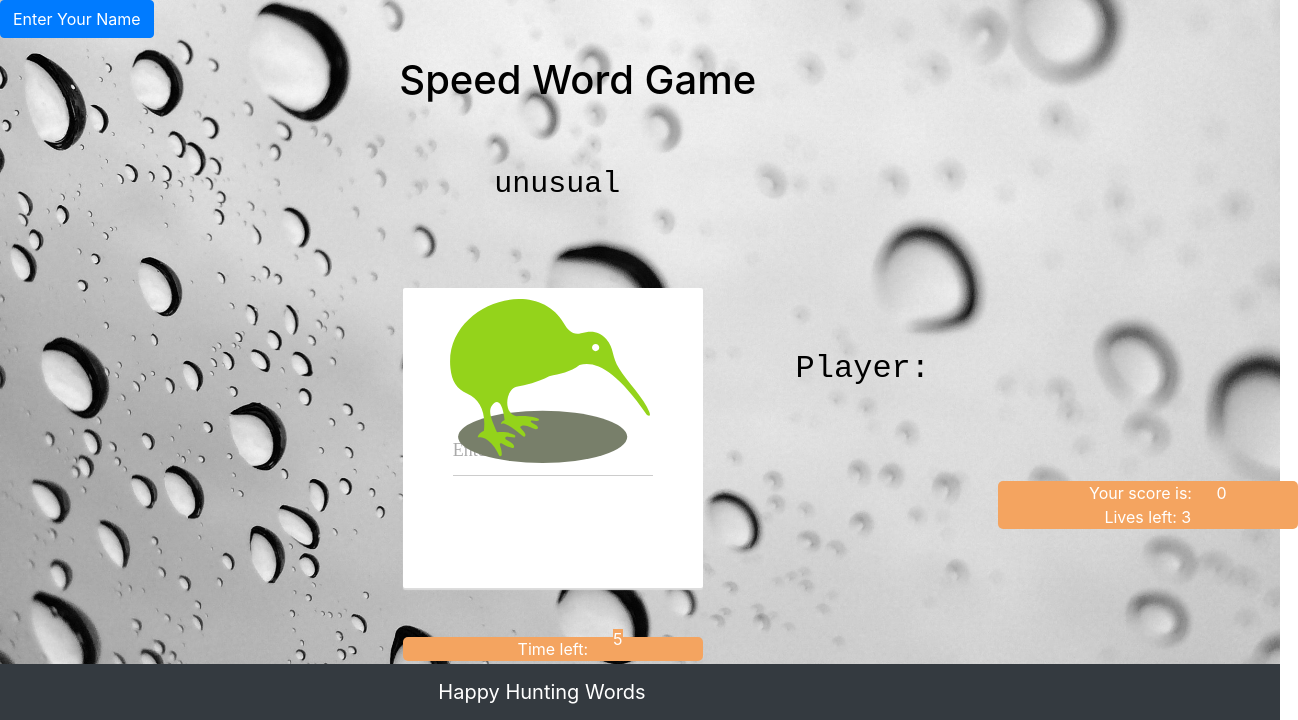
Repository: konstantin0s/word-game-project
Page: index.html
These files come from the project's save history. The page is drawn as it stood at one moment and after a run of saves; the edit follows.
The browser window is 1280 px wide. The page is 1298 px wide, so the pictures cover 1298 px, including what lies to the right of the window. The pictures show the whole page.

Above is the page before, as saved 2019-02-12 12:31:43.

### index.html
<!DOCTYPE html>
<html lang="en">

<head>

  <meta charset="utf-8">
  <meta name="viewport" content="width=device-width, initial-scale=1, shrink-to-fit=no">
  <meta name="description" content="">
  <meta name="author" content="">

  <title>Speed Word Game</title>
  <!-- <link rel="stylesheet" href="https://maxcdn.bootstrapcdn.com/bootstrap/3.4.0/css/bootstrap.min.css"> -->
  <script src="https://ajax.googleapis.com/ajax/libs/jquery/3.3.1/jquery.min.js"></script>
  <script src="https://maxcdn.bootstrapcdn.com/bootstrap/3.4.0/js/bootstrap.min.js"></script>
  <!-- Bootstrap core CSS -->
  <link href="vendor/bootstrap/css/bootstrap.min.css" rel="stylesheet">

  <!-- Custom styles for this template -->
  <link href="css/the-big-picture.css" rel="stylesheet">
  <link rel="stylesheet" href="css/style.css">

</head>

<body>

  <!-- Navigation -->
  <nav class="navbar navbar-expand-lg navbar-dark bg-dark fixed-bottom">
    <div class="container">
      <a class="navbar-brand" href="#">Happy Hunting Words</a>
      <button class="navbar-toggler" type="button" data-toggle="collapse" data-target="#navbarResponsive" aria-controls="navbarResponsive" aria-expanded="false" aria-label="Toggle navigation">
        <span class="navbar-toggler-icon"></span>
      </button>
      <div class="collapse navbar-collapse" id="navbarResponsive">
      </div>
    </div>
  </nav>



<!-- Button trigger modal -->
<button type="button" id="clearPlayer" class="btn btn-primary" data-toggle="modal" data-target="#exampleModalCenter">
    Enter Your Name
  </button>

  <!-- Modal -->
  <div class="modal fade" id="exampleModalCenter" tabindex="-1" role="dialog" aria-labelledby="exampleModalCenterTitle" aria-hidden="true">
    <div class="modal-dialog modal-dialog-centered" role="document">
      <div class="modal-content">
        <div class="modal-header">
          <h5 class="modal-title" id="exampleModalLongTitle">Player Name</h5>
          <button type="button" class="close" data-dismiss="modal" aria-label="Close">
            <span aria-hidden="true">&times;</span>
          </button>
        </div>
        <div class="modal-body">
            <h3 id="playerN">Enter Your Name</h3>
            <input id="name" onchange="say_hi()">
        </div>
      </div>
    </div>
  </div>

<h2 id="user">
  Player:
</h2>
<!--
<div class="newP">
    <h3 id="playerN">Enter Your Name</h3>
    <input id="name" onchange="say_hi()">
</div> -->


<div id="output"></div>

  <!-- Page Content -->
  <section>
    <div class="container">
      <div class="row">
        <div class="col-lg-6">
          <h1 class="mt-5">Speed Word Game</h1>
          <div id="wordsDisplay">

          </div>
          <div id="time">
           <p>Time left:</p> <span id="timeLeft"></span>
          </div>
          <div id="userDetails">
             Your score is: <span id="score">0</span><br>
             Lives left: <span id="lives">3</span>
          </div>
          <div class="wrapper">
            <input class="input" id="inputWord" onchange="compareGuess()" placeholder="Enter Word" type="text" >
            <span class="underline"></span>
        </div>
        </div>
      </div>
    </div>
  </section>

  <svg version="1.1" id="Layer_1" xmlns="http://www.w3.org/2000/svg" xmlns:xlink="http://www.w3.org/1999/xlink" x="0px" y="0px"
  width="612px" height="502.174px" viewBox="0 65.326 612 502.174" enable-background="new 0 65.326 612 502.174"
  xml:space="preserve" class="logo">

<ellipse class="ground" cx="283.5" cy="487.5" rx="259" ry="80"/>
<path class="kiwi" d="M210.333,65.331C104.367,66.105-12.349,150.637,1.056,276.449c4.303,40.393,18.533,63.704,52.171,79.03
 c36.307,16.544,57.022,54.556,50.406,112.954c-9.935,4.88-17.405,11.031-19.132,20.015c7.531-0.17,14.943-0.312,22.59,4.341
 c20.333,12.375,31.296,27.363,42.979,51.72c1.714,3.572,8.192,2.849,8.312-3.078c0.17-8.467-1.856-17.454-5.226-26.933
 c-2.955-8.313,3.059-7.985,6.917-6.106c6.399,3.115,16.334,9.43,30.39,13.098c5.392,1.407,5.995-3.877,5.224-6.991
 c-1.864-7.522-11.009-10.862-24.519-19.229c-4.82-2.984-0.927-9.736,5.168-8.351l20.234,2.415c3.359,0.763,4.555-6.114,0.882-7.875
 c-14.198-6.804-28.897-10.098-53.864-7.799c-11.617-29.265-29.811-61.617-15.674-81.681c12.639-17.938,31.216-20.74,39.147,43.489
 c-5.002,3.107-11.215,5.031-11.332,13.024c7.201-2.845,11.207-1.399,14.791,0c17.912,6.998,35.462,21.826,52.982,37.309
 c3.739,3.303,8.413-1.718,6.991-6.034c-2.138-6.494-8.053-10.659-14.791-20.016c-3.239-4.495,5.03-7.045,10.886-6.876
 c13.849,0.396,22.886,8.268,35.177,11.218c4.483,1.076,9.741-1.964,6.917-6.917c-3.472-6.085-13.015-9.124-19.18-13.413
 c-4.357-3.029-3.025-7.132,2.697-6.602c3.905,0.361,8.478,2.271,13.908,1.767c9.946-0.925,7.717-7.169-0.883-9.566
 c-19.036-5.304-39.891-6.311-61.665-5.225c-43.837-8.358-31.554-84.887,0-90.363c29.571-5.132,62.966-13.339,99.928-32.156
 c32.668-5.429,64.835-12.446,92.939-33.85c48.106-14.469,111.903,16.113,204.241,149.695c3.926,5.681,15.819,9.94,9.524-6.351
 c-15.893-41.125-68.176-93.328-92.13-132.085c-24.581-39.774-14.34-61.243-39.957-91.247
 c-21.326-24.978-47.502-25.803-77.339-17.365c-23.461,6.634-39.234-7.117-52.98-31.273C318.42,87.525,265.838,64.927,210.333,65.331
 z M445.731,203.01c6.12,0,11.112,4.919,11.112,11.038c0,6.119-4.994,11.111-11.112,11.111s-11.038-4.994-11.038-11.111
 C434.693,207.929,439.613,203.01,445.731,203.01z"/>
<filter id="pictureFilter" >
 <feGaussianBlur stdDeviation="15" />
</filter>
</svg>

  <!-- Bootstrap core JavaScript -->
  <script src="vendor/jquery/jquery.min.js"></script>
  <script src="vendor/bootstrap/js/bootstrap.bundle.min.js"></script>
  <script src="js/main.js"></script>

</body>

</html>

### css/the-big-picture.css
/*!
 * Start Bootstrap - The Big Picture (https://startbootstrap.com/template-overviews/the-big-picture)
 * Copyright 2013-2019 Start Bootstrap
 * Licensed under MIT (https://github.com/BlackrockDigital/startbootstrap-the-big-picture/blob/master/LICENSE)
 */
body {
  background: url('../img/drop.jpg') no-repeat center center fixed;
  -webkit-background-size: cover;
  -moz-background-size: cover;
  background-size: cover;
  -o-background-size: cover;
}

### css/style.css
body {
  margin: 0;
  padding: 0;
  z-index: 40;
  overflow-x: hidden;
}

.container {
  display: flex;
  flex-direction: column;
  justify-content: center;

}
.mt-5 {
  color: black;
  text-align: center;
  position: relative;
  top: -30px;
  left: 290px;
}
.wrapper {
  background-color: #FFF;
  border-radius: 2px;
  box-shadow: 0px 2px 1px 0px #DDD;
  box-sizing: border-box;
  height: 300px;
  left: 550px;
  margin: -150px 0 0 -150px;
  position: absolute;
  top: 400px;
  width: 300px;

}

.input {
  background-color: transparent;
  border: none;
  border-bottom: 1px solid #CCC;
  color: #555;
  box-sizing: border-box;
  font-family: 'Arvo';
  font-size: 18px;
  height: 50px;
  left: 50%;
  margin: -25px 0 0 -100px;
  padding: 10px 0px;
  position: relative;
  top: 50%;
  width: 200px;

  &:focus {
    outline: none;
  }
}

input::-webkit-input-placeholder {
  color: #AAA;
}

input:focus::-webkit-input-placeholder {
  color: dodgerblue;
}

.input:focus+.underline {
  transform: scale(1);
}

.underline {
  background-color: dodgerblue;
  display: inline-block;
  height: 2px;
  left: 50px;
  margin-top: -4px;
  position: absolute;
  top: 185px;
  -webkit-transform: scale(0, 1);
  transform: scale(0, 1);
  -webkit-transition: all 0.5s linear;
  transition: all 0.5s linear;
  width: 202px;
}


font {
  color: white;
}

#wordsDisplay {
  position: relative;
  top: 20px;
  left: 387px;
  color: black;
  font-family: 'Courier New', Courier, monospace;
  font-size: 30px;
  width: 305px;
  text-align: center;
}
#userDetails {
  position: relative;
  top: 230px;
 float: right;
 /* left: 500px; */
 left: 740px;
  color: white;
  background-color: sandybrown;
  width: 300px;
  text-align: center;
  border-radius: 5px;
}

#score {
  position: relative;
  top: 0px;
  left: 20px;
  color: white;
  background-color: sandybrown;
}

#time {
  text-align: center;
}

 p {
  position: relative;
  top: 450px;
  left: 385px;
  color: white;
  background-color: sandybrown;
  width: 300px;
  border-radius: 5px;
 }

#timeLeft {
  position: relative;
  top: 400px;
  left: 330px;
  color: white;
  background-color: sandybrown;g
}

b {
  color: black;
  text-transform: capitalize;;
}

#user {
  position: relative;
  top: 350px;
  right: 350px;
  float: right;
  color: black;
  font: 33px;
  font-family: 'Courier New', Courier, monospace;
}

#output {
  position: relative;
  color: black;
  float: right;
  right: 250px;
  font-size:28px;
  top: 410px;
}

#playerN {
  color: black;
}

.newP {
  position: relative;
  left: 40px;
  top: 120px;
}

.navbar-brand {
  position: relative;
  left: -90px;
}


@import "compass/css3";

.logo {
  position: relative;
  width: 200px;
  height: 164px;
  left: 450px;
}

.kiwi {
  fill: #94d31b;

}
.kiwi:hover {
  fill: #ace63c;
}

.ground {
  fill: #787f6a;
}
.ground:hover {
  filter: url(#pictureFilter);
  fill: #896d3d;
}

### js/main.js
function say_hi() {
  var name = document.getElementById('name').value;
  var html = '<b>' + name + '</b> ';
 document.getElementById('output').innerHTML = html;
}

function clearPlayer() {
  document.getElementById("name").value = "";
  var input = document.getElementById("name");
  input.style.visibility = "hidden";
  var playerN = document.getElementById("playerN");
  playerN.style.visibility = "hidden";
  var clearPlayer = document.getElementById("clearPlayer");
  clearPlayer.style.visibility = "hidden";
  var exampleModalCenter = document.getElementById("exampleModalCenter");
  exampleModalCenter.style.visibility = "none";
}

  (function() {
    setInterval(function(){
      clearPlayer();
    }, 10000);
}());

// document.getElementById('say').addEventListener('click', say_hi);

// {
//   var name = prompt ('Your name','');
//   if (name != null) {
//     document.write("<CENTER><FONT FACE=ARIAdL,VERDANA COLOR="+" SIZE=5>Welcome To Word Game, "+name+".</FONT><HR NOSHADE WIDTH=450></CENTER><P>")
//   } else {
//     document.write("<CENTER><FONT FACE=ARIAdL,VERDANA COLOR="+" SIZE=5>Welcome, Guest "+name+".</FONT><HR NOSHADE WIDTH=450></CENTER><P>")
//   }

//   }

  //words array


  //random function
  // function newWord() {
  //   var randomNum = Math.floor(Math.random() * words.length);
  //   document.getElementById('wordsDisplay').innerHTML = words[randomNum];
  //   console.log(randomNum);
  // }

function cancelLevel1() {
  if (score == 10) {
  }
  return;
}

  var wordGeneratorLevel1 = function() {
    setInterval(function(){
      generate();
    }, 5000);
    timer();
    cancelLevel1();
  }

  function wordGeneratorLevel2() {
    setInterval(function(){
      generateLevel2()
    }, 5000);
    timer();
}

  var wordsLevel1 = [
    "clever", "amongst", "implementing", "intelectual", "sensual", "amazing", "beautify", "project", "tall",
"curl", "rate", "busy", "unusual", "extend", "exclusive", "ray", "shy", "wasteful", "unbecoming", "fallacious",
"toothbrush", "bounce"
     ];

     var wordsLevel2 = [
      "jackhammer",
     "brightwork", "verkrampte", "protectrix", "nudibranch", "grandchild", "newfangled", "flugelhorn", "mythologer",
     "pluperfect", "jellygraph", "quickthorn", "rottweiler", "technician", "cowpuncher", "middlebrow",
     "jackhammer", "triphthong", "wunderkind", "dazzlement", "jabberwock", "witchcraft","pawnbroker", "thumbprint", "motorcycle"
       ];

       const levels = [3, 5, 7];

  var randomDiv = document.getElementById("wordsDisplay");
  var addScore = document.getElementById("score");
  var freshLives = document.getElementById("lives");
  var timeLeft = document.getElementById("timeLeft");
  var randomIndex;
  var newText;
  var score = 0;
  var lives = 3;
  var seconds = 5;

var timer = function() {
  setInterval(function(){
    seconds--;
    timeLeft.innerHTML = seconds;
    if (seconds == 0) {
      seconds = 5;
      timeLeft.innerHTML = seconds;
    }
}, 1000);
}

  function generate() {
   randomIndex = Math.ceil((Math.random() * wordsLevel1.length - 1));
   newText = wordsLevel1[randomIndex];
   randomDiv.innerHTML = newText;

  }

  function generateLevel2() {
    randomIndex = Math.ceil((Math.random() * wordsLevel2.length - 1));
    newText = wordsLevel2[randomIndex];
    randomDiv.innerHTML = newText;
   }

  //  wordGeneratorLevel1();

  function compareGuess() {
    var flag = false;
    var searchWord = document.getElementById("inputWord").value;
    var wordName = document.getElementById("wordsDisplay");

         if (searchWord == wordName.innerHTML) {
          wordName.style.height = "40px";
           wordName.style.backgroundColor = "yellow";
           score++;
           addScore.textContent = score;
           clearInterval(timer);
           setInterval(function(){
            wordName.style.backgroundColor = "";
          }, 1500);
          resetInput();
             flag = true;
         } else {
           wordName.style.backgroundColor = "";
         }

         if(flag == false) {
          lives--;
          freshLives.innerHTML = lives;
          resetInput();
      } if (lives == 0) {
        alert("Game Over");
        score = 0;
        addScore.textContent = "0"
        resetInput();
        lives = 3;
        freshLives.innerHTML = lives;
      }
     }


 function resetInput() {
  document.getElementById("inputWord").value = "";
  }


  function init() {
    wordGeneratorLevel1();

   }


 window.onload = init;


 //level 2?
//  if (score > 10) {
//   wordGeneratorLevel2();
//   }

Loaded but not shown: vendor/bootstrap/css/bootstrap.min.css (library); vendor/jquery/jquery.min.js (library); vendor/bootstrap/js/bootstrap.bundle.min.js (library)

After the next 3 saves:
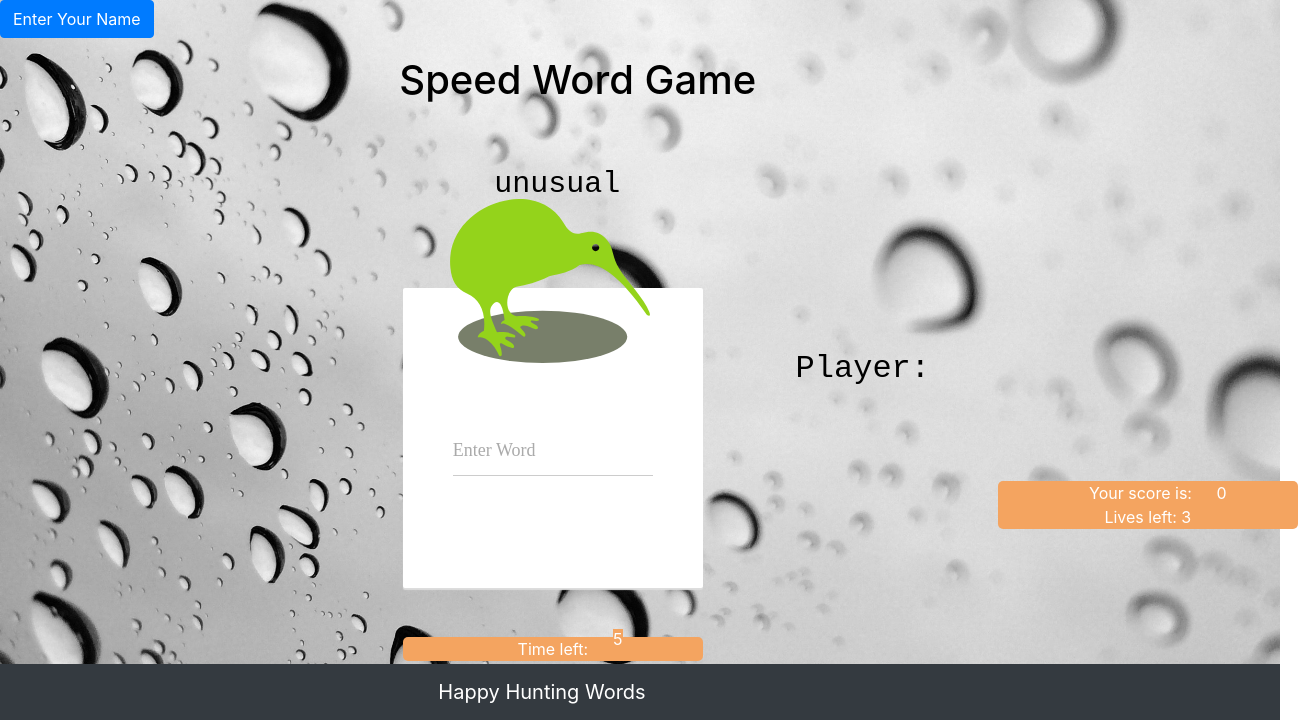
The 3 saves are shown as one change because they came seconds apart.
The last was saved 11 s later.
--- a/css/style.css
+++ b/css/style.css
@@ -185,6 +185,7 @@ b {
   width: 200px;
   height: 164px;
   left: 450px;
+  top: -100px;
 }
 
 .kiwi {
